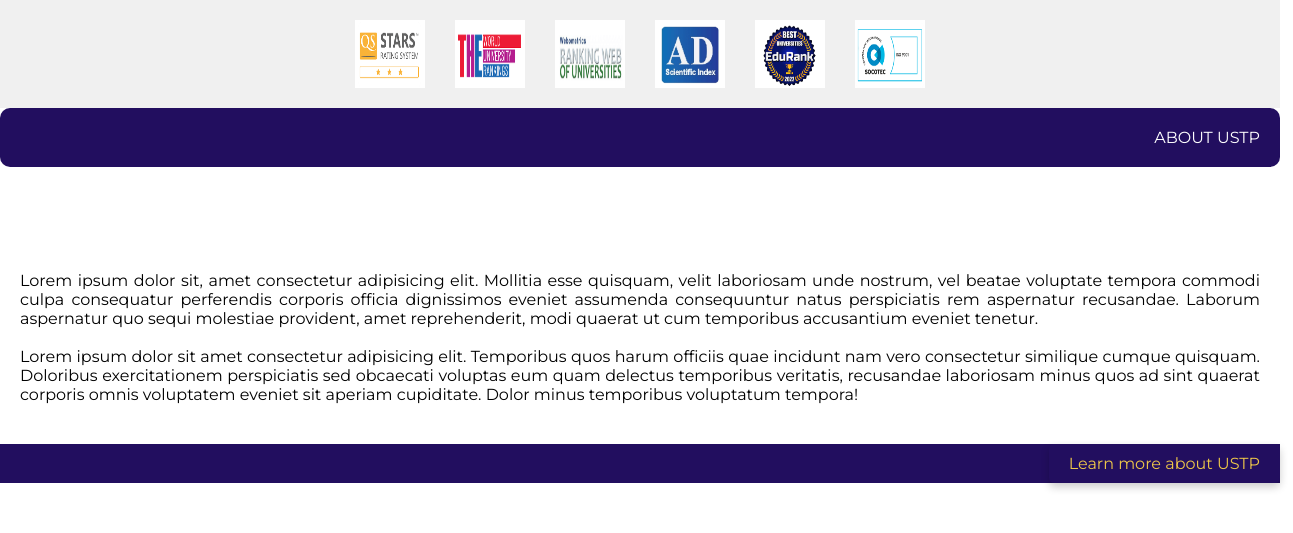
Repository: Joy5345/Colis-MidTerm_PIT
Page: index.html
The author's editor kept a copy of each file at every save. The page is drawn from the files as they stood at one save, then again after the next save.
The browser window is 1280 px wide. The page is 1293 px wide, so the pictures cover 1293 px, including what lies to the right of the window. The pictures show the part of the page from y = 484 to 1017 px (the page is 1017 px tall before and 963 px after).

Above is the page before, as saved 2023-07-29 18:18:37.

### index.html
<!DOCTYPE html>
<html lang="en">
<head>
    <meta charset="UTF-8">
    <meta name="viewport" content="width=device-width, initial-scale=1.0">
    <link rel="stylesheet" href="css/style.css">
    <link rel="stylesheet" href="https://cdnjs.cloudflare.com/ajax/libs/font-awesome/6.4.0/css/all.min.css" integrity="sha512-iecdLmaskl7CVkqkXNQ/ZH/XLlvWZOJyj7Yy7tcenmpD1ypASozpmT/E0iPtmFIB46ZmdtAc9eNBvH0H/ZpiBw==" crossorigin="anonymous" referrerpolicy="no-referrer" />
    <link rel="preconnect" href="https://fonts.googleapis.com">
    <link rel="preconnect" href="https://fonts.gstatic.com" crossorigin>
    <link href="https://fonts.googleapis.com/css2?family=Montserrat:wght@100;200;300;400&display=swap" rel="stylesheet">
    <title>USTP</title>

</head>
<body>
    <div class="main1">
        <div class="nav-menu1">
            <nav>
                <ul>
                    <li><a href="#"><i class="fa-solid fa-arrow-up-right-from-square"></i>Career Center</a></li>
                    <li><a href="#"><i class="fa-solid fa-arrow-up-right-from-square"></i>Student Affairs</a></li>
                    <li><a href="#"><i class="fa-solid fa-arrow-up-right-from-square"></i>Alumni Affairs</a></li>
                    <li><a href="#"><i class="fa-solid fa-arrow-up-right-from-square"></i>Employees</a></li>
                    <li><a href="#"><i class="fa-solid fa-ear-listen"></i>COVID-19 Response</a></li>
                </ul>
            </nav>

            <div class="nav-icon">
                <a href="#"><i class="fa-solid fa-magnifying-glass"></i></a>
                <a href="#"><i class="fa-brands fa-twitter"></i></a>
                <a href="#"><i class="fa-brands fa-instagram"></i></a>
                <a href="#"><i class="fa-brands fa-youtube"></i></a>
                <a href="#"><i class="fa-brands fa-facebook-f"></i></a>
            </div>
        </div>
    </div>

    <div class="nav-menu2">
        <div class="container1">
            <nav>
                <div class="logo1">
                    <img src="images/USTP logo.png" alt="USTP" class="Univ">
                </div>
            </nav>


            <div class="nav-services">
                    <ul>
                        <li><a href="#">About <i class="fa-solid fa-angle-down"></i></a></li>
                        <li><a href="#">Academics <i class="fa-solid fa-angle-down"></i></a></li>
                        <li><a href="#">Research, Innovation & Entrepreneurship <i class="fa-solid fa-angle-down"></i></a></li>
                        <li><a href="#">Global <i class="fa-solid fa-angle-down"></i></a></li>
                        <li><a href="#">Updates <i class="fa-solid fa-angle-down"></i></a></li>
                        <li><a href="#">Services <i class="fa-solid fa-angle-down"></i></a></li>
                    </ul>
            </div>

        </div>
    </div>

    <div class="wallpaper"></div>

    <div class="logos">
        <div class="container2">
            <img src="images/logo1.png" alt="Logo 1">
            <img src="images/logo2.png" alt="Logo 2">
            <img src="images/logo3.png" alt="Logo 3">
            <img src="images/logo4.png" alt="Logo 4">
            <img src="images/logo5.png" alt="Logo 5">
            <img src="images/logo6.png" alt="Logo 6">
        </div>
    </div>

    <div class="about-ustp-header">
        <nav class="about-ustp">
            <a href="#">ABOUT USTP</a>
        </nav>
    </div>

        <div>
            <div class="info">
                <p>Lorem ipsum dolor sit, amet consectetur adipisicing elit. Mollitia esse quisquam, velit laboriosam unde nostrum, vel beatae voluptate tempora commodi culpa consequatur perferendis corporis officia dignissimos eveniet assumenda consequuntur natus perspiciatis rem aspernatur recusandae. Laborum aspernatur quo sequi molestiae provident, amet reprehenderit, modi quaerat ut cum temporibus accusantium eveniet tenetur.</p> <br>

                <p>Lorem ipsum dolor sit amet consectetur adipisicing elit. Temporibus quos harum officiis quae incidunt nam vero consectetur similique cumque quisquam. Doloribus exercitationem perspiciatis sed obcaecati voluptas eum quam delectus temporibus veritatis, recusandae laboriosam minus quos ad sint quaerat corporis omnis voluptatem eveniet sit aperiam cupiditate. Dolor minus temporibus voluptatum tempora!</p>
            </div>
        </div>
    </div>

    <div class="learn-more">
        <div class="learn-more-btn">
            <a href="#" class="learn-more-link">Learn more about USTP</a>
        </div>
    </div>
</body>
</html>

### css/style.css
*{
    font-family: Montserrat;
    box-sizing: border-box;
    margin: 0 0;
}
.main1{
    display: flex;
    background-color: rgb(17, 17, 56);
    color: aliceblue;
    width: 100%;
    justify-content: center;
    padding-top: 10px;
    padding-bottom: 10px;

}
.nav-menu1{
    width: 80%;
    background-color: rgb(17, 17, 56);
    display: flex;
    align-items: center;
    justify-content: space-between;
}
nav ul{
    list-style: none;
}
nav ul li{
   display: inline-flex;
   list-style: none;
}
nav ul li a{
    margin-right: 10px;
    color: aliceblue;
    font-size: .8rem;
    text-decoration: none;
}
nav ul li a i{
    margin-right: 10px;
}
.fa-solid{
    margin-left: 5px;
}
.nav-icon i{
    margin-left: 20px;
    color: aliceblue;
}
.fa-magnifying-glass{
    color: aliceblue;
    font-size: 1rem;
    font-weight: bolder;
}
.nav ul li a:hover{
    color:gold;
}
.nav-icon i:hover{
    color: gold;
}

.nav-menu2{
    background-color: #fff;
    padding: 5px;
    display: flex;
    align-items: center;
    justify-content: space-between;
}

.container1 {
    display: flex;
    align-items: center;
}

.Univ{
    width: 350px;
    margin-right: 10px;
}

.nav-services ul{
    display: flex;
    margin-left: auto;
    align-items:end;
    text-decoration: none;
}

.nav-services > ul li{
    display: inline-flex;
    margin-left: 20px;
    list-style: none;
}

.nav-services > ul li a{
    text-decoration: none;
    color:black;
    font-weight: bold;
    font-size: small;
    margin-left: 10px;
}

.nav-services > ul li a i{
    margin-left: 10px;
}

.nav-services > ul li a:hover{
    color: gray;
}

.wallpaper{
    height: 350px;
    width: 100%;
    margin-left: 1%;
    background-image: url("../images/BTS-Bangtan-Sonyeondan-2023-Fest.jpg");
    border-top-left-radius: 50px;
    border-bottom-right-radius: 50px;
    background-position: center center;
}

.logos{
    background-color: #f0f0f0;
    padding: 20px 0;
    text-align: center;
}

.container2{
    display: flex;
    justify-content: center;
}

.container2 img {
    max-width: 70px;
    margin: 0 15px;
}

.about-ustp-header{
    background-color: #220e5f;
    padding: 20px 20px;
    justify-content: flex-end;
    border-radius: 10px;
    margin-block-end: 5%;
}

.about-ustp{
    text-transform: uppercase;
    text-align: right;
}

.about-ustp a {
    color: #fff;
    text-decoration: none;
    margin-left: auto;
}

.info {
    padding: 40px 20px;
    background-color: #fff;
    text-align: justify;
}

.info-content {
    max-width: 500px;
    margin: 0 auto;
}


.info-content p {
    font-size: 16px;
    margin-bottom: 100px;
}

.learn-more-btn {
    text-align: right;
    margin-bottom: 50px;
    background-color: #220e5f;
}

.learn-more-link {
    display: inline-block;
    padding: 10px 20px;
    background-color: var(--primary-color);
    color: #eec749;
    text-decoration: none;
    border-radius: 5px;
    font-size: 16px;
    box-shadow: 0 4px 8px rgba(0, 0, 0, 0.2);
    transition: background-color 0.2s ease;
}

.learn-more-link:hover {
    text-decoration-color: #220e5f;
    background-color: #b39800;
}

After the next save:
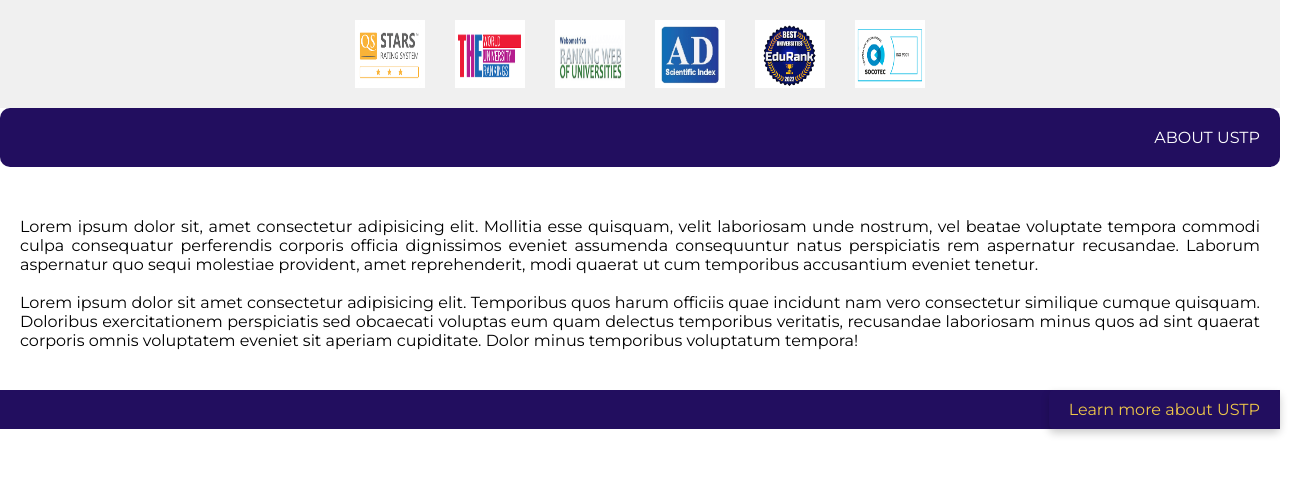
Saved 9 s later.
--- a/css/style.css
+++ b/css/style.css
@@ -133,7 +133,7 @@
     padding: 20px 20px;
     justify-content: flex-end;
     border-radius: 10px;
-    margin-block-end: 5%;
+    margin-block-end: 10px;
 }
 
 .about-ustp{
